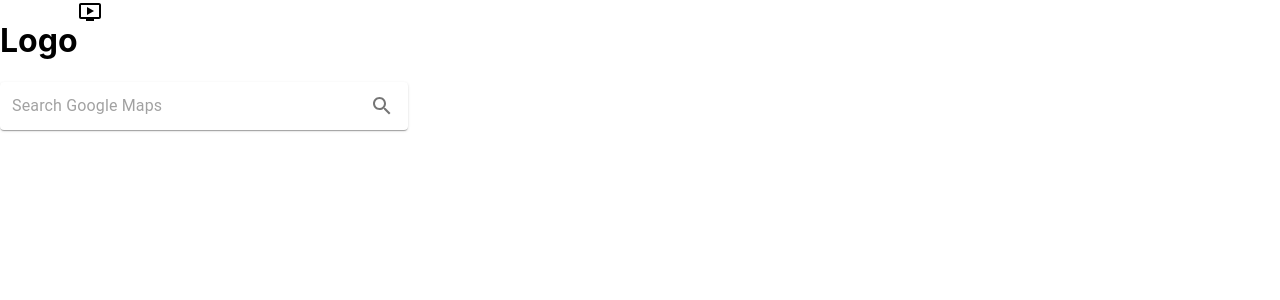
Repository: helmiz02/newproj
Page: /
An editor plug-in stored every save of this project. The page is shown before and after the next save, followed by the edit.
The browser window is 1280 px wide. The pictures show the whole page.
The project was rebuilt for these pictures with package versions that can differ from the ones it lists, and the page was loaded fresh each time. Also part of the build but not shown: src/App.css.

Above is the page before, as saved 2022-02-21 10:06:28.

### src/App.js

import './App.css';
import Header from './component/header';

function App() {
  return (
    <div >
     <Header />
    </div>
  );
}

export default App;

### src/component/header/index.js
import OndemandVideoIcon from "@mui/icons-material/OndemandVideo";
import SearchIcon from "@mui/icons-material/Search";
import { IconButton, InputBase, Paper, TextField } from "@mui/material";
import "./style.css"
export default function Header() {
  return (
    <div>
      <div className="displayStyle">
        <h1> Logo </h1>
        <OndemandVideoIcon />
      </div>

      <div className="displayStyle">
      {/* <TextField fullWidth label="Rechercher" id="Rechercher" /> */}
      <Paper
      component="form"
      sx={{ p: '2px 4px', display: 'flex', alignItems: 'center', width: 400 }}
    >
      <InputBase
        sx={{ ml: 1, flex: 1 }}
        placeholder="Search Google Maps"
        inputProps={{ 'aria-label': 'search google maps' }}
      />
      <IconButton type="submit" sx={{ p: '10px' }} aria-label="search">
        <SearchIcon />
      </IconButton>
      </Paper>
      </div>
    </div>
  );
}

### src/component/header/style.css
.displayStyle{

    display: flex;
}

Loaded but not shown: public/index.html (common file); src/index.js (common file); src/index.css (common file); src/reportWebVitals.js (common file)

After the next save:
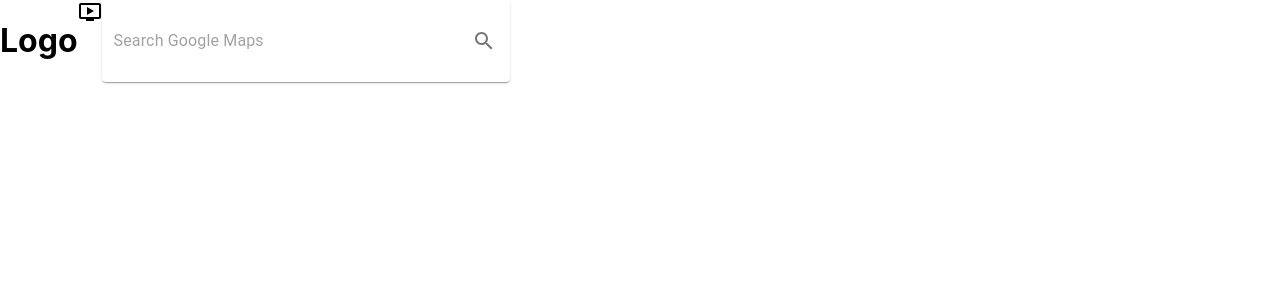
Saved 30 s later.
--- a/src/component/header/index.js
+++ b/src/component/header/index.js
@@ -4,7 +4,7 @@ import { IconButton, InputBase, Paper, TextField } from "@mui/material";
 import "./style.css"
 export default function Header() {
   return (
-    <div>
+    <div className="displayStyle">
       <div className="displayStyle">
         <h1> Logo </h1>
         <OndemandVideoIcon />
